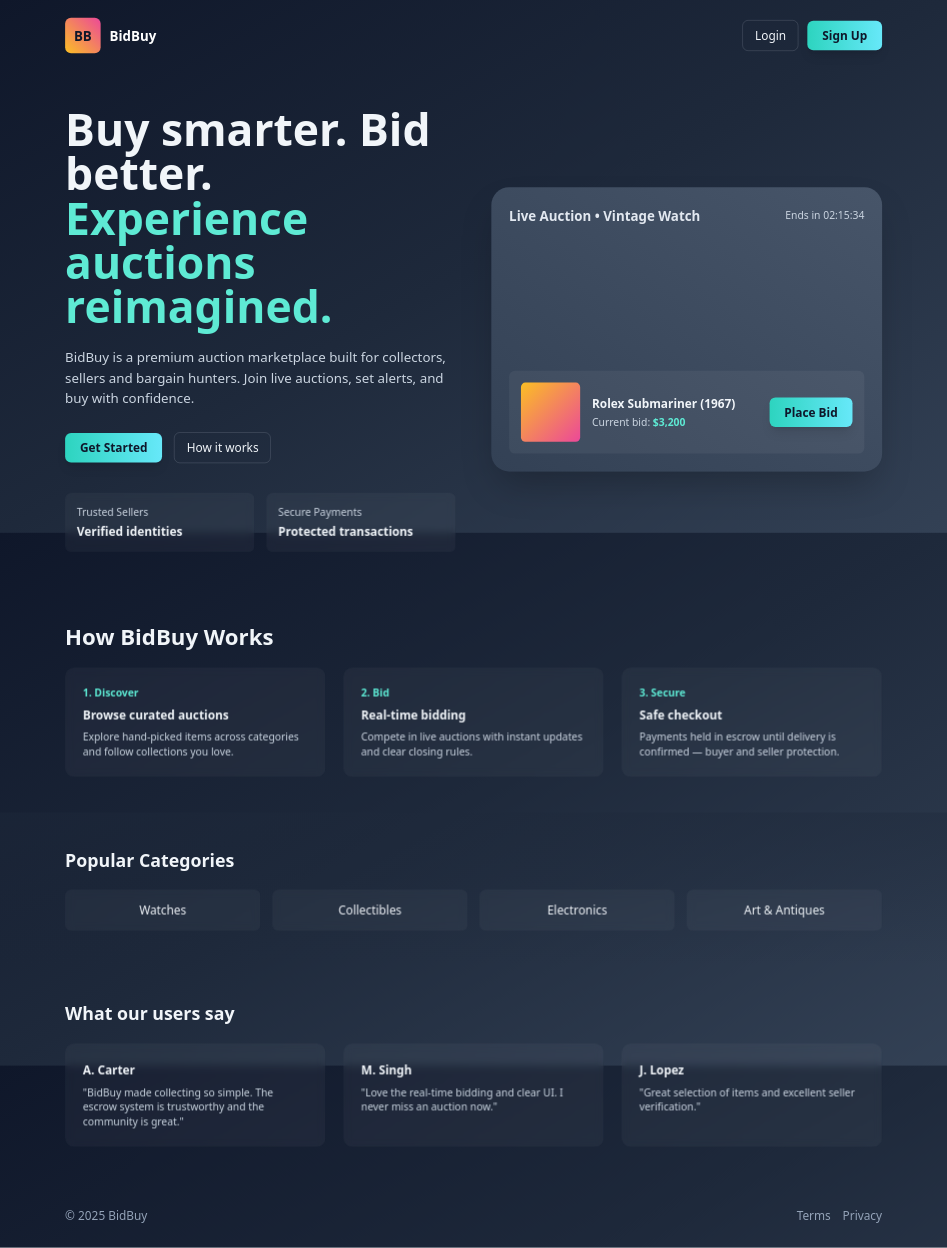
Repository: ChakraVaishnav/Online-Auction-System
Page: / (app in online-auction-system-frontend/)
These files come from the project's save history. The page is drawn as it stood at one moment and after the next save; the edit follows.
The browser window is 1280 px wide. The pictures show the whole page, at 74% of full size.
The project was rebuilt for these pictures with package versions that can differ from the ones it lists, and the page was loaded fresh each time. Also part of the build but not shown: online-auction-system-frontend/vite.config.js, online-auction-system-frontend/src/pages/Login.jsx, online-auction-system-frontend/src/pages/Signup.jsx, online-auction-system-frontend/src/App.css.

Above is the page before, as saved 2025-11-23 17:49:13.

### online-auction-system-frontend/index.html
<!doctype html>
<html lang="en">
  <head>
    <meta charset="UTF-8" />
    <link rel="icon" type="image/svg+xml" href="/vite.svg" />
    <meta name="viewport" content="width=device-width, initial-scale=1.0" />
    <title>online-auction-system-frontend</title>
  </head>
  <body>
    <div id="root"></div>
    <script type="module" src="/src/main.jsx"></script>
  </body>
</html>

### online-auction-system-frontend/src/index.css
@tailwind base;
@tailwind components;
@tailwind utilities;

:root{
	--brand-1: #0f172a; /* slate-900 */
	--brand-2: #0ea5a4; /* teal-400 */
	--accent: #f97316; /* orange-500 */
}

html,body,#root{
	height:100%;
}

body{
	@apply bg-gradient-to-br from-slate-900 via-slate-800 to-slate-700 text-slate-100 antialiased;
	font-family: ui-sans-serif, system-ui, -apple-system, "Segoe UI", Roboto, "Helvetica Neue", Arial;
}

.container-wide{
	@apply max-w-6xl mx-auto px-6;
}

.glass {
	background: rgba(255,255,255,0.04);
	backdrop-filter: blur(6px);
}

.btn-primary{
	@apply inline-flex items-center gap-2 bg-gradient-to-r from-teal-400 to-cyan-300 text-slate-900 font-semibold px-5 py-2 rounded-lg shadow-lg hover:scale-105 transition-transform;
}

.btn-outline{
	@apply inline-flex items-center gap-2 border border-slate-300/20 text-slate-100 px-4 py-2 rounded-lg hover:bg-white/5 transition;
}

.form-input{
	@apply w-full bg-transparent border border-slate-700/50 px-4 py-2 rounded-lg placeholder-slate-400 text-white focus:outline-none focus:ring-2 focus:ring-teal-400;
}

### online-auction-system-frontend/src/App.jsx
import { BrowserRouter, Routes, Route } from 'react-router-dom'
import Landing from './pages/Landing'
import Login from './pages/Login'
import Signup from './pages/Signup'
import './App.css'

function App() {
  return (
    <BrowserRouter>
      <Routes>
        <Route path="/" element={<Landing />} />
        <Route path="/login" element={<Login />} />
        <Route path="/signup" element={<Signup />} />
      </Routes>
    </BrowserRouter>
  )
}

export default App

### online-auction-system-frontend/src/pages/Landing.jsx
import { Link } from 'react-router-dom'

export default function Landing() {
  return (
    <div className="min-h-screen flex flex-col">
      <nav className="w-full py-6">
        <div className="container-wide flex items-center justify-between">
          <div className="flex items-center gap-3">
            <div className="w-12 h-12 rounded-lg bg-gradient-to-tr from-amber-400 to-pink-500 flex items-center justify-center font-bold text-slate-900 text-lg">BB</div>
            <div className="text-white font-semibold text-lg">BidBuy</div>
          </div>
          <div className="flex items-center gap-3">
            <Link to="/login" className="btn-outline">Login</Link>
            <Link to="/signup" className="btn-primary">Sign Up</Link>
          </div>
        </div>
      </nav>

      <header className="flex-1 flex items-center py-12">
        <div className="container-wide grid grid-cols-1 lg:grid-cols-2 gap-12 items-center">
          <div>
            <h1 className="text-5xl md:text-6xl font-extrabold leading-tight">Buy smarter. Bid better.<br/><span className="text-teal-300">Experience auctions reimagined.</span></h1>
            <p className="mt-6 text-slate-300 text-lg">BidBuy is a premium auction marketplace built for collectors, sellers and bargain hunters. Join live auctions, set alerts, and buy with confidence.</p>

            <div className="mt-8 flex items-center gap-4">
              <Link to="/signup" className="btn-primary">Get Started</Link>
              <a href="#how" className="btn-outline">How it works</a>
            </div>

            <div className="mt-10 grid grid-cols-2 gap-4">
              <div className="glass p-4 rounded-lg">
                <div className="text-sm text-slate-300">Trusted Sellers</div>
                <div className="font-semibold mt-1">Verified identities</div>
              </div>
              <div className="glass p-4 rounded-lg">
                <div className="text-sm text-slate-300">Secure Payments</div>
                <div className="font-semibold mt-1">Protected transactions</div>
              </div>
            </div>
          </div>

          <div className="hidden lg:block">
            <div className="w-full h-96 bg-gradient-to-tr from-slate-700 to-slate-600 rounded-3xl flex flex-col items-start justify-between p-6 shadow-2xl">
              <div className="w-full flex items-center justify-between">
                <div className="text-slate-200 text-lg font-bold">Live Auction • Vintage Watch</div>
                <div className="text-sm text-slate-300">Ends in 02:15:34</div>
              </div>

              <div className="w-full bg-white/5 rounded-lg p-4 flex items-center gap-4">
                <div className="w-20 h-20 bg-gradient-to-br from-amber-400 to-pink-500 rounded-md" />
                <div className="flex-1">
                  <div className="text-slate-100 font-semibold">Rolex Submariner (1967)</div>
                  <div className="text-slate-300 text-sm mt-1">Current bid: <span className="text-teal-300 font-bold">$3,200</span></div>
                </div>
                <button className="btn-primary">Place Bid</button>
              </div>
            </div>
          </div>
        </div>
      </header>

      <section id="how" className="py-12">
        <div className="container-wide">
          <h3 className="text-3xl font-bold mb-6">How BidBuy Works</h3>
          <div className="grid grid-cols-1 md:grid-cols-3 gap-6">
            <div className="glass p-6 rounded-xl">
              <div className="text-sm text-teal-300 font-semibold">1. Discover</div>
              <h4 className="font-semibold mt-2">Browse curated auctions</h4>
              <p className="mt-2 text-slate-300 text-sm">Explore hand-picked items across categories and follow collections you love.</p>
            </div>
            <div className="glass p-6 rounded-xl">
              <div className="text-sm text-teal-300 font-semibold">2. Bid</div>
              <h4 className="font-semibold mt-2">Real-time bidding</h4>
              <p className="mt-2 text-slate-300 text-sm">Compete in live auctions with instant updates and clear closing rules.</p>
            </div>
            <div className="glass p-6 rounded-xl">
              <div className="text-sm text-teal-300 font-semibold">3. Secure</div>
              <h4 className="font-semibold mt-2">Safe checkout</h4>
              <p className="mt-2 text-slate-300 text-sm">Payments held in escrow until delivery is confirmed — buyer and seller protection.</p>
            </div>
          </div>
        </div>
      </section>

      <section className="py-12 bg-gradient-to-b from-slate-800/40 to-transparent">
        <div className="container-wide">
          <h3 className="text-2xl font-bold mb-6">Popular Categories</h3>
          <div className="grid grid-cols-2 md:grid-cols-4 gap-4">
            <div className="glass p-4 rounded-lg text-center">Watches</div>
            <div className="glass p-4 rounded-lg text-center">Collectibles</div>
            <div className="glass p-4 rounded-lg text-center">Electronics</div>
            <div className="glass p-4 rounded-lg text-center">Art & Antiques</div>
          </div>
        </div>
      </section>

      <section className="py-12">
        <div className="container-wide">
          <h3 className="text-2xl font-bold mb-6">What our users say</h3>
          <div className="grid grid-cols-1 md:grid-cols-3 gap-6">
            <div className="glass p-6 rounded-xl">
              <div className="font-semibold">A. Carter</div>
              <div className="text-slate-300 text-sm mt-2">"BidBuy made collecting so simple. The escrow system is trustworthy and the community is great."</div>
            </div>
            <div className="glass p-6 rounded-xl">
              <div className="font-semibold">M. Singh</div>
              <div className="text-slate-300 text-sm mt-2">"Love the real-time bidding and clear UI. I never miss an auction now."</div>
            </div>
            <div className="glass p-6 rounded-xl">
              <div className="font-semibold">J. Lopez</div>
              <div className="text-slate-300 text-sm mt-2">"Great selection of items and excellent seller verification."</div>
            </div>
          </div>
        </div>
      </section>

      <footer className="py-8">
        <div className="container-wide flex flex-col md:flex-row items-center justify-between text-slate-400 gap-4">
          <div>© {new Date().getFullYear()} BidBuy</div>
          <div className="flex items-center gap-4">
            <a className="hover:underline" href="#">Terms</a>
            <a className="hover:underline" href="#">Privacy</a>
          </div>
        </div>
      </footer>
    </div>
  )
}

### online-auction-system-frontend/tailwind.config.cjs
module.exports = {
  content: [
    './index.html',
    './src/**/*.{js,jsx,ts,tsx}'
  ],
  theme: {
    extend: {},
  },
  plugins: [],
}

Loaded but not shown: online-auction-system-frontend/src/main.jsx (common file)

After the next save:
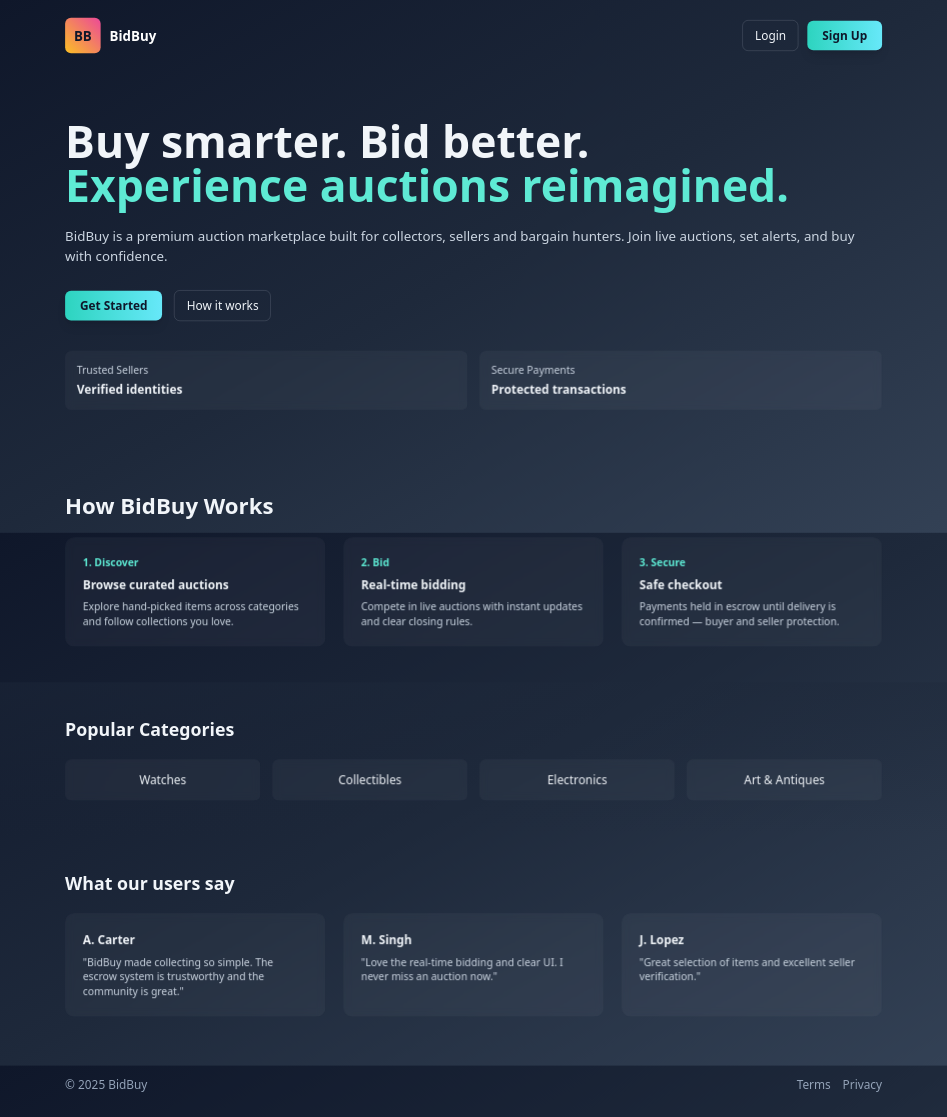
Saved 5 min 3 s later.
--- a/online-auction-system-frontend/src/pages/Landing.jsx
+++ b/online-auction-system-frontend/src/pages/Landing.jsx
@@ -16,8 +16,8 @@
         </div>
       </nav>
 
-      <header className="flex-1 flex items-center py-12">
-        <div className="container-wide grid grid-cols-1 lg:grid-cols-2 gap-12 items-center">
+      <header className="flex-1 flex items-center py-16">
+        <div className="container-wide grid grid-cols-1 lg:grid-cols-1 gap-12 items-center">
           <div>
             <h1 className="text-5xl md:text-6xl font-extrabold leading-tight">Buy smarter. Bid better.<br/><span className="text-teal-300">Experience auctions reimagined.</span></h1>
             <p className="mt-6 text-slate-300 text-lg">BidBuy is a premium auction marketplace built for collectors, sellers and bargain hunters. Join live auctions, set alerts, and buy with confidence.</p>
@@ -39,23 +39,7 @@
             </div>
           </div>
 
-          <div className="hidden lg:block">
-            <div className="w-full h-96 bg-gradient-to-tr from-slate-700 to-slate-600 rounded-3xl flex flex-col items-start justify-between p-6 shadow-2xl">
-              <div className="w-full flex items-center justify-between">
-                <div className="text-slate-200 text-lg font-bold">Live Auction • Vintage Watch</div>
-                <div className="text-sm text-slate-300">Ends in 02:15:34</div>
-              </div>
-
-              <div className="w-full bg-white/5 rounded-lg p-4 flex items-center gap-4">
-                <div className="w-20 h-20 bg-gradient-to-br from-amber-400 to-pink-500 rounded-md" />
-                <div className="flex-1">
-                  <div className="text-slate-100 font-semibold">Rolex Submariner (1967)</div>
-                  <div className="text-slate-300 text-sm mt-1">Current bid: <span className="text-teal-300 font-bold">$3,200</span></div>
-                </div>
-                <button className="btn-primary">Place Bid</button>
-              </div>
-            </div>
-          </div>
+          {/* preview card removed to keep clean professional hero layout */}
         </div>
       </header>
 
